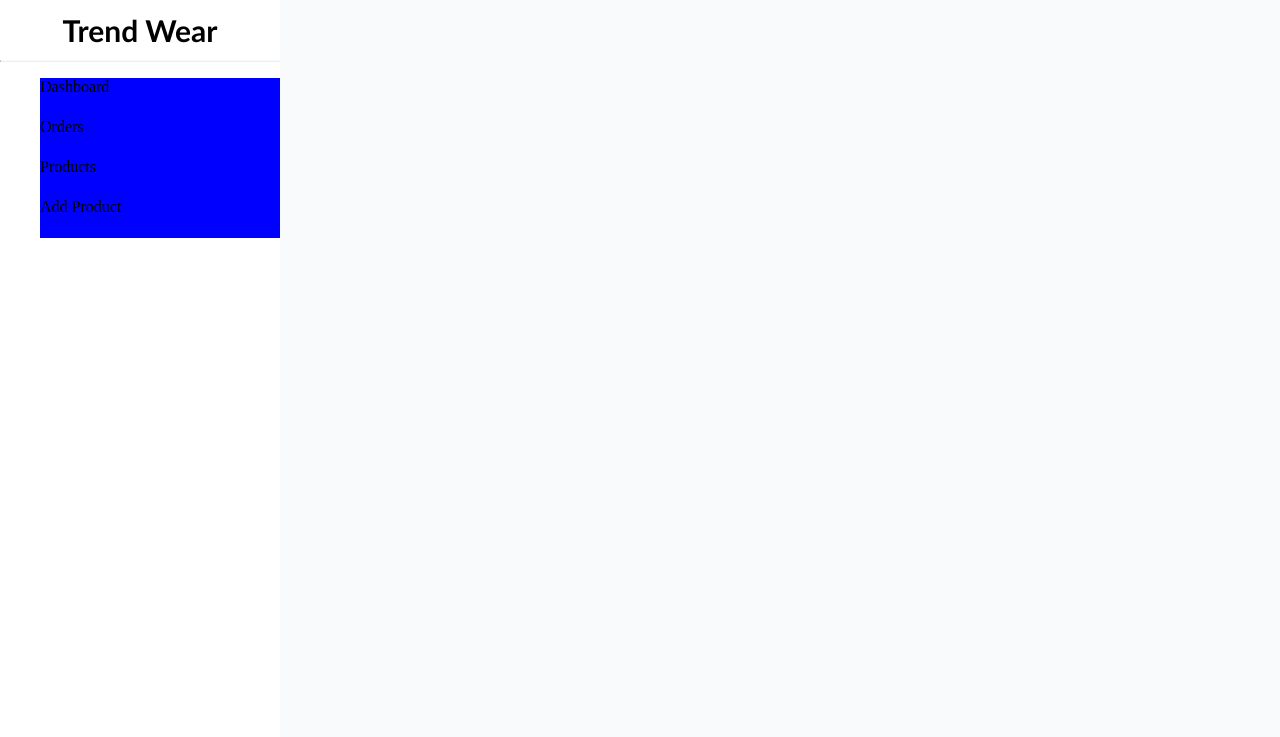
Repository: ahmad-dev7/TrendWear
Page: / (app in trend_wear_dashboard/)
The author's editor kept a copy of each file at every save. The page is drawn from the files as they stood at one save, then again after the next save.
The browser window is 1280 px wide. The pictures show the whole page.
The project was rebuilt for these pictures with package versions that can differ from the ones it lists, and the page was loaded fresh each time. Also part of the build but not shown: trend_wear_dashboard/vite.config.ts.

Above is the page before, as saved 2025-01-19 13:45:22.

### trend_wear_dashboard/index.html
<!doctype html>
<html lang="en">

<head>
  <meta charset="UTF-8" />
  <link rel="icon" type="image/svg+xml" href="/vite.svg" />
  <meta name="viewport" content="width=device-width, initial-scale=1.0" />
  <title>Trend Wear</title>
</head>

<body>
  <div id="root"></div>
  <script type="module" src="/src/main.tsx"></script>
</body>

</html>

### trend_wear_dashboard/src/main.tsx
import { StrictMode } from "react";
import { createRoot } from "react-dom/client";
//import "bootstrap/dist/css/bootstrap.css";
import "./App.css";
import App from "./App.tsx";

createRoot(document.getElementById("root")!).render(
  <StrictMode>
    <App />
  </StrictMode>
);

### trend_wear_dashboard/src/App.css
body {
    background-color: #F9FAFB;
    padding: 0px;
    margin: 0px;

}

### trend_wear_dashboard/src/App.tsx
import Sidebar from "./Sidebar/Sidebar";
import "./Sidebar/Sidebar.css";

function App() {
  return (
    <>
      <Sidebar />
    </>
  );
}

export default App;

### trend_wear_dashboard/src/Sidebar/Sidebar.tsx
const Sidebar = () => {
  return (
    <div id="sidebar">
      <div className="header">Trend Wear</div>
      <hr />
      <ul id="sidebar-content">
        <li className="tab">Dashboard</li>
        <li className="tab">Orders</li>
        <li className="tab">Products</li>
        <li className="tab">Add Product</li>
      </ul>
    </div>
  );
};

export default Sidebar;

### trend_wear_dashboard/src/Sidebar/sidebar.css
/* Sidebar body */
#sidebar {
    background-color: white;
    width: 280px;
    height: 99vh;
    padding: 12px 0px 12px 0px;
    border-right-width: 2px;
    border-color: red;
}

/* Header with title [Trend Wear] */
#sidebar .header {
    height: 40px;
    font-size: 30px;
    text-align: center;
    font-weight: bold;
    font-family: 'Gill Sans', 'Gill Sans MT', Calibri, 'Trebuchet MS', sans-serif;
}

/* Divider between header and navbar */
#sidebar hr {
    border-top: 1px solid #F9FAFB;
}


#sidebar-content .tab {
    list-style-type: none;
    height: 40px;
    background-color: blue;
}

After the next save:
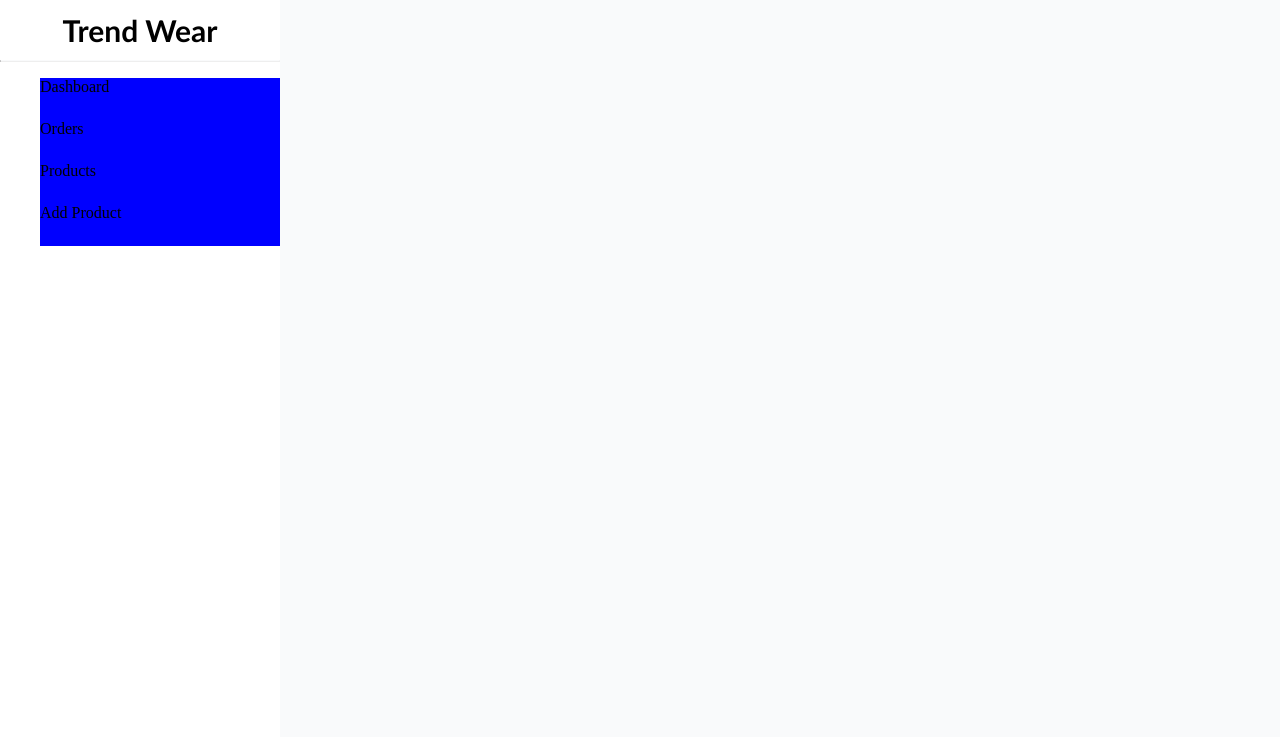
Saved 24 s later.
--- a/trend_wear_dashboard/src/Sidebar/sidebar.css
+++ b/trend_wear_dashboard/src/Sidebar/sidebar.css
@@ -26,5 +26,6 @@
 #sidebar-content .tab {
     list-style-type: none;
     height: 40px;
+    padding-bottom: 2px;
     background-color: blue;
 }
